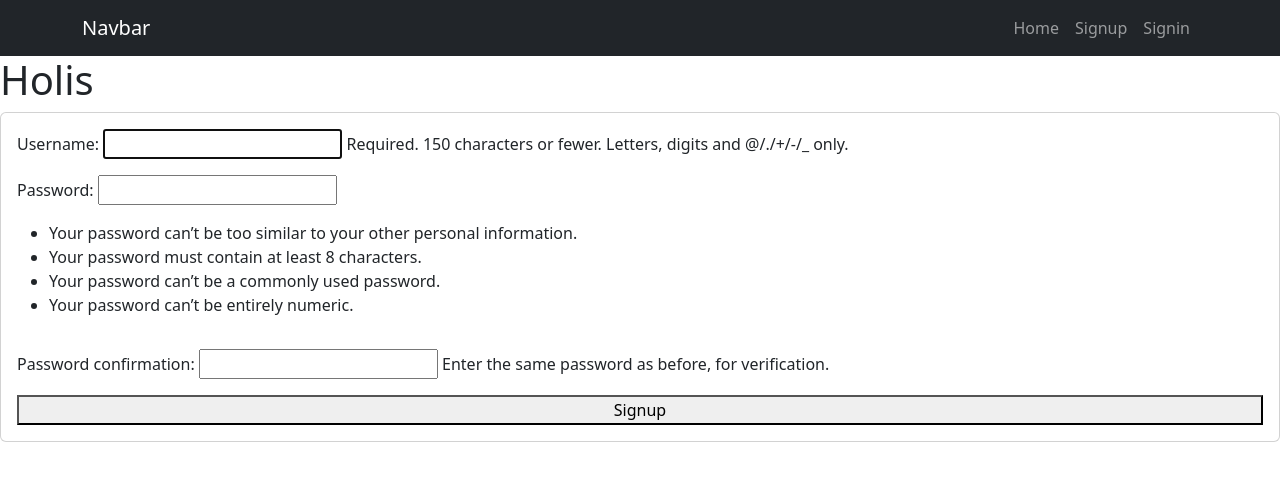
Repository: dbettancourt/django-auth-crud
Page: http://localhost/signup/
The author's editor kept a copy of each file at every save. The page is drawn from the files as they stood at one save, then again after the next save.
The browser window is 1280 px wide. The pictures show the whole page.
The page is served by the project's application, run on Django 4.2 (manage.py). Other server files are loaded and not shown.

Above is the page before, as saved 2023-06-06 10:38:36.

### tasks/templates/signup.html
{% extends 'base.html' %}

{% block content %}
<h1>Holis</h1>

{{error}}

<form method="POST" class="card card-body">
    {% csrf_token %}
    {{form.as_p}}

    <button>
        Signup
    </button>
</forrm>
{% endblock %}

### tasks/templates/base.html
<!DOCTYPE html>
<!--[if lt IE 7]>      <html class="no-js lt-ie9 lt-ie8 lt-ie7"> <![endif]-->
<!--[if IE 7]>         <html class="no-js lt-ie9 lt-ie8"> <![endif]-->
<!--[if IE 8]>         <html class="no-js lt-ie9"> <![endif]-->
<!--[if gt IE 8]>      <html class="no-js"> <!--<![endif]-->
<html>
    <head>
        <meta charset="utf-8">
        <meta http-equiv="X-UA-Compatible" content="IE=edge">
        <title>Pagina Base Django</title>
        <meta name="description" content="">
        <meta name="viewport" content="width=device-width, initial-scale=1">
        <link rel="stylesheet" href="">
        <link rel="stylesheet" href="https://cdn.jsdelivr.net/npm/bootstrap@5.3.0/dist/css/bootstrap.min.css">
       <link rel="stylesheet" href="https://cdn.jsdelivr.net/npm/bootstrap-icons@1.5.0/font/bootstrap-icons.css">

    </head>
    <body>
        <!--[if lt IE 7]>
            <p class="browsehappy">You are using an <strong>outdated</strong> browser. Please <a href="#">upgrade your browser</a> to improve your experience.</p>
        <![endif]-->
        <nav class="navbar navbar-expand-lg bg-dark navbar-dark">
            <div class="container">
              <a class="navbar-brand" href="#">Navbar</a>
              <button class="navbar-toggler" type="button" data-bs-toggle="collapse" data-bs-target="#navbarNav" aria-controls="navbarNav" aria-expanded="false" aria-label="Toggle navigation">
                <span class="navbar-toggler-icon"></span>
              </button>
              <div class="collapse navbar-collapse" id="navbarNav">
                <ul class="navbar-nav ms-auto">
                    <li class="nav-item">
                        <a href="/"  class="nav-link">Home</a>
                    </li>
                    {% if user.is_authenticated %}
                    <li class="nav-item">
                        <a href="/tasks"  class="nav-link">Tasks Pending</a>
                    </li>
                    <li class="nav-item">
                        <a href="/tasks_completed"  class="nav-link">Tasks Completed</a>
                    </li>
                    <li class="nav-item">
                        <a href="/tasks/create"  class="nav-link">Create task</a>
                    </li>

                    <li class="nav-item">
                        <a href="/logout"  class="nav-link">Logout</a>
                    </li>
                    {% else %}
                    <li class="nav-item">
                        <a href="/signup"  class="nav-link">Signup</a>
                    </li>
                    <li class="nav-item">
                        <a href="/signin"  class="nav-link">Signin</a>
                    </li>
                    {% endif %}
                </ul>
              </div>
            </div>
          </nav>

        <script src="" async defer></script>

        {% block content %}
        {% endblock %}

    </body>
</html>

### tasks/views.py
from django.shortcuts import render, redirect, get_object_or_404
from django.contrib.auth.forms import UserCreationForm, AuthenticationForm
from django.contrib.auth.models import User
from django.contrib.auth import login, logout, authenticate
from django.db import IntegrityError
from .forms import TaskForm
from .models import Task
from django.utils import timezone
from django.contrib.auth.decorators import login_required



# Create your views here.
def home(request):
    return render(request, 'home.html')

def signup(request):

    if request.method == 'GET':
         return render(request, 'signup.html',{
        'form': UserCreationForm
    })

    else:
        if request.POST['password1'] == request.POST['password2']:
            try:
                user = User.objects.create_user(username=request.POST['username'], password=request.POST['password1'])
                user.save()
                login(request, user)
                return redirect ('tasks')
            except IntegrityError:
                return render(request, 'signup.html',{
                    'form': UserCreationForm,
                    'error': 'El usuario ya existe'
                    })
        return render(request, 'signup.html', {
            'form': UserCreationForm,
            'error': 'Las contraseñas no coinciden'
            })

@login_required
def tasks(request):
    tasks = Task.objects.filter(user=request.user, datecompleted__isnull=True)
    return render(request, 'tasks.html', {'tasks': tasks})

@login_required
def tasks_completed(request):
    tasks = Task.objects.filter(user=request.user, datecompleted__isnull=False).order_by ('-datecompleted')
    return render(request, 'tasks.html', {'tasks': tasks})

@login_required
def create_task(request):

    if request.method == 'GET':
        return render(request, 'create_task.html', {
            'form': TaskForm
        })
    else:
        try:
            form = TaskForm(request.POST)
            new_task = form.save(commit=False)
            new_task.user = request.user
            new_task.save()
            return redirect('tasks')
        except ValueError:
            return render(request, 'create_task.html', {
                'form': TaskForm,
                'error': 'Por favor ingresar datos validos'
             })

@login_required
def task_detail(request, task_id):
    if request.method == 'GET':
        task = get_object_or_404(Task, pk=task_id, user=request.user)
        form = TaskForm(instance=task)
        return render(request, 'task_detail.html', {'task': task, 'form': form})
    else:
        try:
            task = get_object_or_404(Task, pk=task_id, user=request.user)
            form = TaskForm(request.POST, instance=task)
            form.save()
            return redirect('tasks')
        except ValueError:
            return render(request, 'task_detail.html', {'task': task, 'form': form, 'error': "Error al actualizar"})

@login_required
def complete_task(request, task_id):
    task = get_object_or_404(Task, pk=task_id, user=request.user)
    if request.method == 'POST':
        task.datecompleted = timezone.now()
        task.save()
        return redirect('tasks')

@login_required
def delete_task(request, task_id):
    task = get_object_or_404(Task, pk=task_id, user=request.user)
    if request.method == 'POST':
        task.datecompleted = timezone.now()
        task.delete()
        return redirect('tasks')

@login_required
def signout(request):
    logout(request)
    return redirect('home')

def signin(request):
    if request.method=='GET':
        return render(request, 'signin.html', {
            'form': AuthenticationForm
        })
    else:
        user = authenticate(
            request, username=request.POST['username'], password=request.POST['password'])

        if user is None:
            return render(request, 'signin.html', {
                'form': AuthenticationForm,
                'error': 'Usuario o password es incorrecta'
            })
        else:
            login(request, user)
            return redirect('tasks')

### djangocrud/urls.py
"""
URL configuration for djangocrud project.

The `urlpatterns` list routes URLs to views. For more information please see:
    https://docs.djangoproject.com/en/4.2/topics/http/urls/
Examples:
Function views
    1. Add an import:  from my_app import views
    2. Add a URL to urlpatterns:  path('', views.home, name='home')
Class-based views
    1. Add an import:  from other_app.views import Home
    2. Add a URL to urlpatterns:  path('', Home.as_view(), name='home')
Including another URLconf
    1. Import the include() function: from django.urls import include, path
    2. Add a URL to urlpatterns:  path('blog/', include('blog.urls'))
"""
from django.contrib import admin
from django.urls import path
from tasks import views

urlpatterns = [
    path('admin/', admin.site.urls),
    path('', views.home, name='home'),
    path('signup/', views.signup, name='signup'),
    path('tasks/', views.tasks, name='tasks'),
    path('tasks_completed/', views.tasks_completed, name='_completed'),
    path('tasks/create/', views.create_task, name='create_tasks'),
    path('tasks/<int:task_id>/', views.task_detail, name='task_detail'),
    path('tasks/<int:task_id>/complete', views.complete_task, name='complete_task'),
    path('tasks/<int:task_id>/delete', views.delete_task, name='delete_task'),
    path('logout/', views.signout, name='logout'),
    path('signin/', views.signin, name='signin')
]

After the next save:
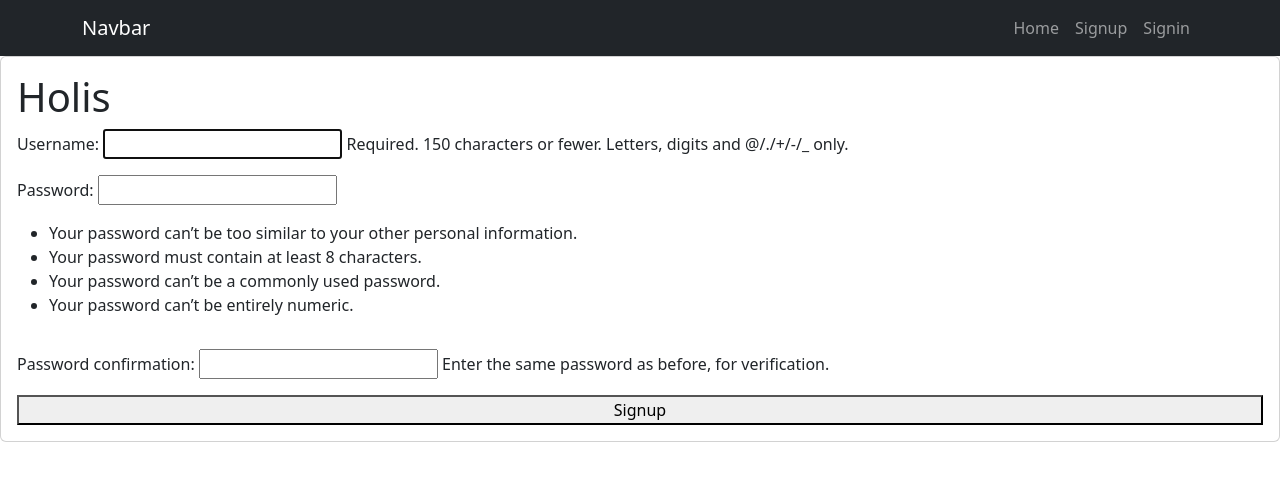
Saved 48 s later.
--- a/tasks/templates/signup.html
+++ b/tasks/templates/signup.html
@@ -1,11 +1,13 @@
 {% extends 'base.html' %}
 
 {% block content %}
-<h1>Holis</h1>
 
-{{error}}
 
 <form method="POST" class="card card-body">
+    <h1>Holis</h1>
+
+    {{error}}
+
     {% csrf_token %}
     {{form.as_p}}
 
